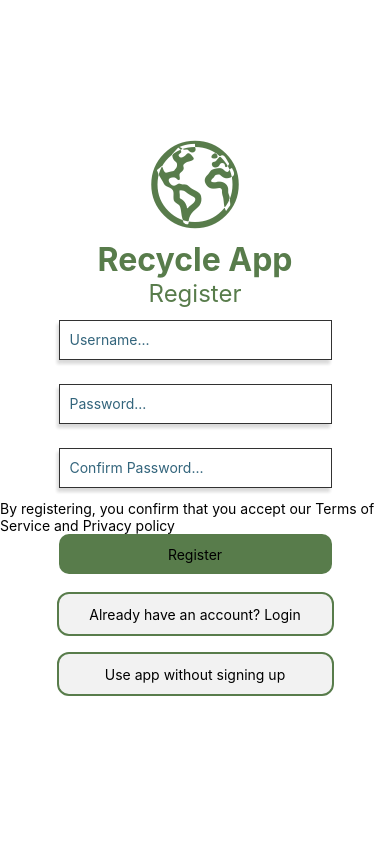
Repository: ct-pham/COMP4511
Screen: / (app in comp4511/)
An editor plug-in stored every save of this project. The screen is shown before and after the next save, followed by the edit.
The app was drawn by React Native's web renderer in a window 390 px wide. The project was rebuilt for these pictures with package versions that can differ from the ones it lists, and the page was loaded fresh each time.

Above is the screen before, as saved 2022-11-07 17:00:15.

### comp4511/App.js

// import { NavigationContainer } from 'react-navigation/native';
// import { createNativeStackNavigator } from 'react-navigation/native-stack';
//import Login from './Components/Login';
import Register from './Components/Register';

export default function App() {
  return (
    // <NavigationContainer>
    //   <Stack.Navigator initialRouteName="Home">
    //     <Stack.Screen name="Login" component={Login} />
    //     <Stack.Screen name="Register" component={Register} />
    //   </Stack.Navigator>
    // </NavigationContainer>
    <Register />
  );
}

### comp4511/Components/Register.js
import {
    StyleSheet,
    Text,
    View,
    TextInput,
    TouchableOpacity,
} from 'react-native';

import Icon from 'react-native-vector-icons/Ionicons';

export default function Login( {navigation}) {
    return (
        <View style={styles.container}>
            <View>
                <Icon
                    name = "earth-outline"
                    size = {100}
                    color = "#587C4B"
                />
            </View>

            <Text style = {styles.title}>Recycle App</Text>
            <Text style = {styles.subtitle}>Register</Text>
            <View style={styles.inputView}>
                <TextInput
                    style={styles.TextInput}
                    placeholder="Username..."
                    placeholderTextColor="#003f5c"
                />
            </View>

            <View style={styles.inputView}>
                <TextInput
                    style={styles.TextInput}
                    placeholder="Password..."
                    placeholderTextColor="#003f5c"
                    secureTextEntry={true}
                />
            </View>
            <View style={styles.inputView}>
                <TextInput
                    style={styles.TextInput}
                    placeholder="Confirm Password..."
                    placeholderTextColor="#003f5c"
                    secureTextEntry={true}
                />
            </View>
            <View style = {styles.termStyle}>
                <Text>By registering, you confirm that you accept our Terms of Service and Privacy policy</Text>
            </View>

            <TouchableOpacity style = {styles.btnStyle}>
                <Text style={styles.loginBtn}>Register</Text>
            </TouchableOpacity>

            <TouchableOpacity
                onPress = {console.log('Register')}
                style = {styles.btnStyle2}
            >
                <Text style={styles.loginBtn}>Already have an account? Login</Text>
            </TouchableOpacity>

            <TouchableOpacity
                style = {styles.btnStyle2}
            >
                <Text style={styles.loginBtn}>Use app without signing up</Text>
            </TouchableOpacity>

        </View>
    );
}

const styles = StyleSheet.create({
    container: {
        flex: 1,
        backgroundColor: '#ffffff',
        alignItems: 'center',
        justifyContent: 'center',
    },
    inputView: {
        backgroundColor: '#ffffff',
        borderWidth: 1,
        borderColor: '#000000',
        height: 40,
        width: '70%',
        margin: 12,
        borderWidth: 1,
        padding: 10,
        shadowColor: '#171717',
        shadowOffset: {width: -2, height: 4},
        shadowOpacity: 0.2,
        shadowRadius: 3,
        opacity: 0.8,
    },
    button: {
        borderRadius: 25,
    },
    btnStyle: {
        backgroundColor: '#587C4B',
        width: '70%',
        height: 40,
        alignItems: 'center',
        justifyContent: 'center',
        borderRadius: 10,
        marginBottom:20,
    },
    btnStyle2: {
        backgroundColor: '#F2F2F2',
        borderRadius: 10,
        outlineColor: '#587C4B',
        outlineWidth: 2,
        outlineStyle:  'solid',
        width: '70%',
        height: 40,
        alignItems: 'center',
        justifyContent: 'center',
        marginBottom: 20,
    },
    title: {
        fontSize: 32,
        fontWeight: 'bold',
        color: '#587C4B',
    },
    subtitle: {
        fontSize: 24,
        fontWeight: 'semibold',
        color: '#587C4B',
    },
});

After the next save:
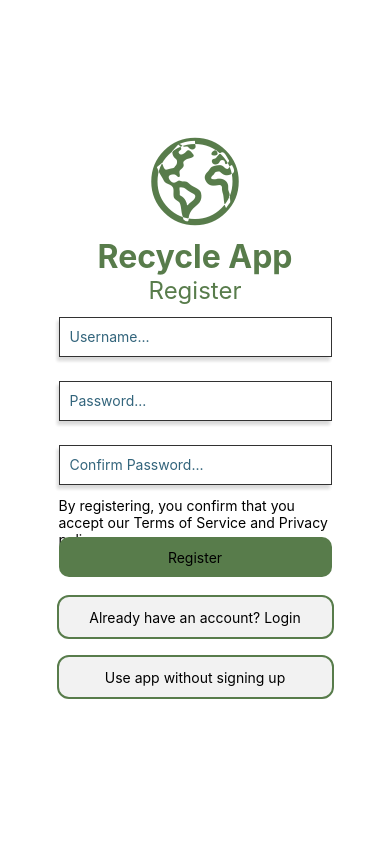
Saved 16 s later.
--- a/comp4511/Components/Register.js
+++ b/comp4511/Components/Register.js
@@ -126,4 +126,9 @@ const styles = StyleSheet.create({
         fontWeight: 'semibold',
         color: '#587C4B',
     },
+    termStyle: {
+        width: '70%',
+        height: 40,
+        alignItems: 'center',
+    },
 });
